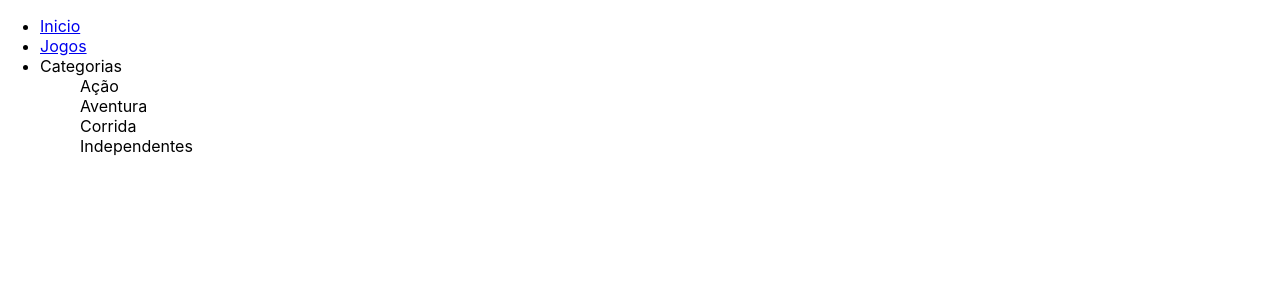
Repository: MarcoantonioCaldeira/Projeto-Go-Gamming
Page: /
An editor plug-in stored every save of this project. The page is shown before and after the next save, followed by the edit.
The browser window is 1280 px wide. The pictures show the whole page.
The project was rebuilt for these pictures with package versions that can differ from the ones it lists, and the page was loaded fresh each time. Also part of the build but not shown: src/pages/Inicio/Inicio.js, src/pages/Jogos/Jogos.js.

Above is the page before, as saved 2022-12-25 22:57:57.

### src/App.js
import ReactDOM from "react-dom/client";
import { BrowserRouter, Routes, Route } from "react-router-dom";
import Menu from "./pages/Menu/Menu";
import Inicio from "./pages/Inicio/Inicio";
import Jogos from "./pages/Jogos/Jogos";


function App() {
  return (
   <BrowserRouter>
    <Routes>
      <Route path="/" element={<Menu />}>
        <Route path="Inicio" element={<Inicio />}/>
        <Route path="jogos" element={< Jogos />}/>
      </Route>
    </Routes>
   </BrowserRouter>
  );
}

const root = ReactDOM.createRoot(document.getElementById('root'))
root.render(<App />);
export default App;

### src/pages/Menu/Menu.js
import { Outlet, Link } from "react-router-dom";

const Menu = () => {
  return (
    <>
      <nav>
        <ul>
          <li>
            <Link to="./Inicio">Inicio</Link>
          </li>
          <li>
            <Link to="./Jogos">Jogos</Link>
          </li>
          <li>
            <a>Categorias</a>
              <ul>Ação</ul>
              <ul>Aventura</ul>
              <ul>Corrida</ul>
              <ul>Independentes</ul>
              <ul></ul>
          </li>

        </ul>
      </nav>

      <Outlet />
    </>
  )
};

export default Menu;

Loaded but not shown: public/index.html (common file); src/index.js (common file); src/index.css (common file); src/reportWebVitals.js (common file)

After the next save:
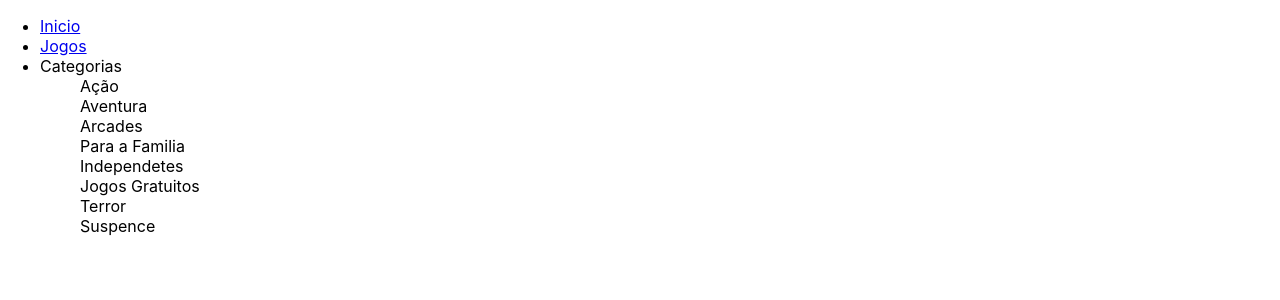
Saved 21 min 59 s later.
--- a/src/pages/Menu/Menu.js
+++ b/src/pages/Menu/Menu.js
@@ -15,9 +15,12 @@
             <a>Categorias</a>
               <ul>Ação</ul>
               <ul>Aventura</ul>
-              <ul>Corrida</ul>
-              <ul>Independentes</ul>
-              <ul></ul>
+              <ul>Arcades</ul>
+              <ul>Para a Familia</ul>
+              <ul>Independetes</ul>
+              <ul>Jogos Gratuitos</ul>
+              <ul>Terror</ul>
+              <ul>Suspence</ul>
           </li>
 
         </ul>
